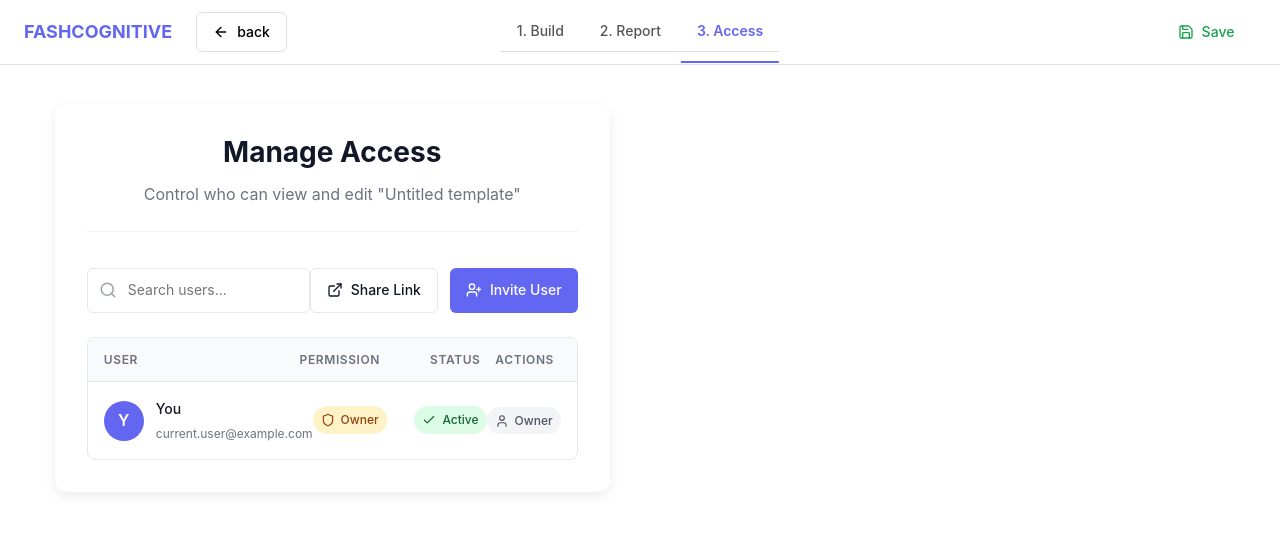
Repository: loganand612/fashcognitive-intern
Page: /ct (app in fash/), after clicking the first element matching `div.nav-tabs > :nth-child(3)`
An editor plug-in stored every save of this project. The page is shown before and after the next save, followed by the edit.
The browser window is 1280 px wide. The pictures show the whole page.
The project was rebuilt for these pictures with package versions that can differ from the ones it lists, and the page was loaded fresh each time. Also part of the build but not shown: fash/src/pages/Login.css, fash/src/pages/Register.css, fash/src/pages/Template.css, fash/src/pages/Home.tsx, fash/src/pages/Login.tsx, fash/src/pages/Register.tsx, fash/src/pages/Home2.tsx, fash/src/pages/Dashboard.tsx and 1 more. Imported but missing from the stored project, and not drawn on this page: fash/src/pages/assets/head1.mp4.

Above is the page before, as saved 2025-04-14 09:09:56.

After the next save:
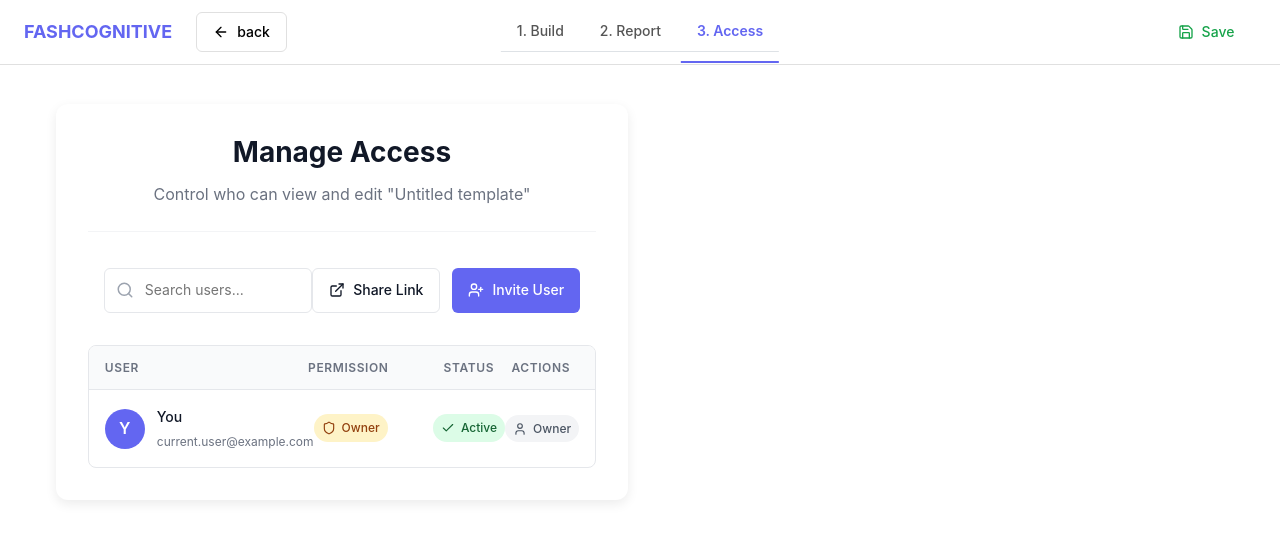
Saved 14 s later.
--- a/fash/src/components/AccessManager.css
+++ b/fash/src/components/AccessManager.css
@@ -33,13 +33,14 @@
   display: flex;
   justify-content: space-between;
   align-items: center;
-  margin-bottom: 24px;
+  margin-bottom: 32px;
+  padding: 0 16px;
 }
 
 .search-container {
   position: relative;
   flex: 1;
-  max-width: 400px;
+  max-width: 500px;
 }
 
 .search-icon {
